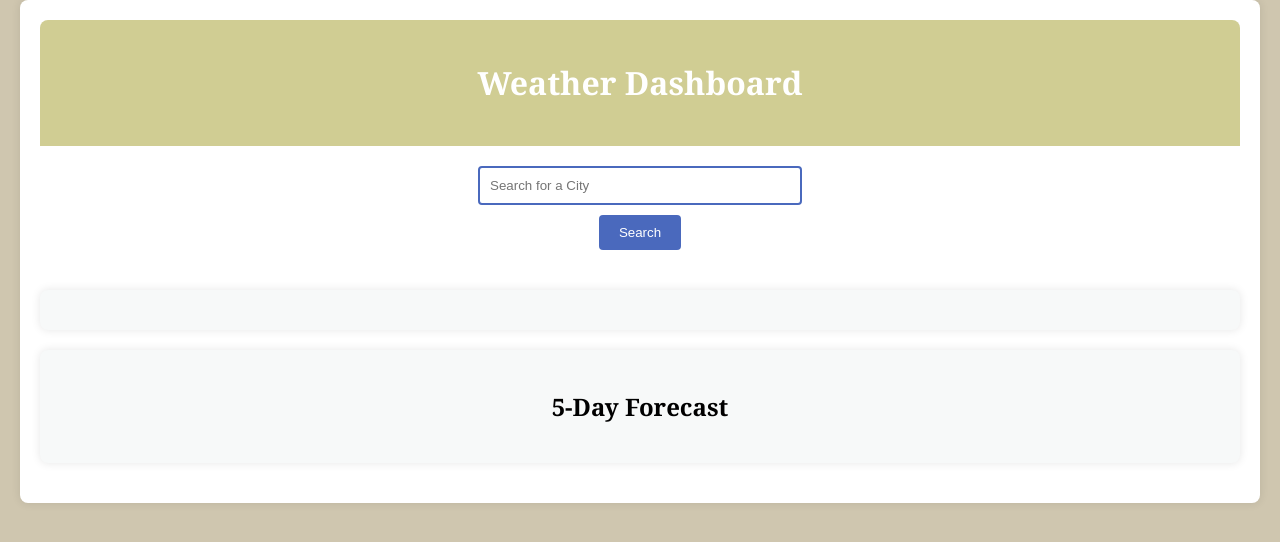
Repository: PaigeC001/WeatherOutlookTracker
Page: WeatherOutlookTracker/index.html
These files come from the project's save history. The page is drawn as it stood at one moment and after the next save; the edit follows.
The browser window is 1280 px wide. The pictures show the whole page.

Above is the page before, as saved 2024-07-16 06:35:50.

After the next save:
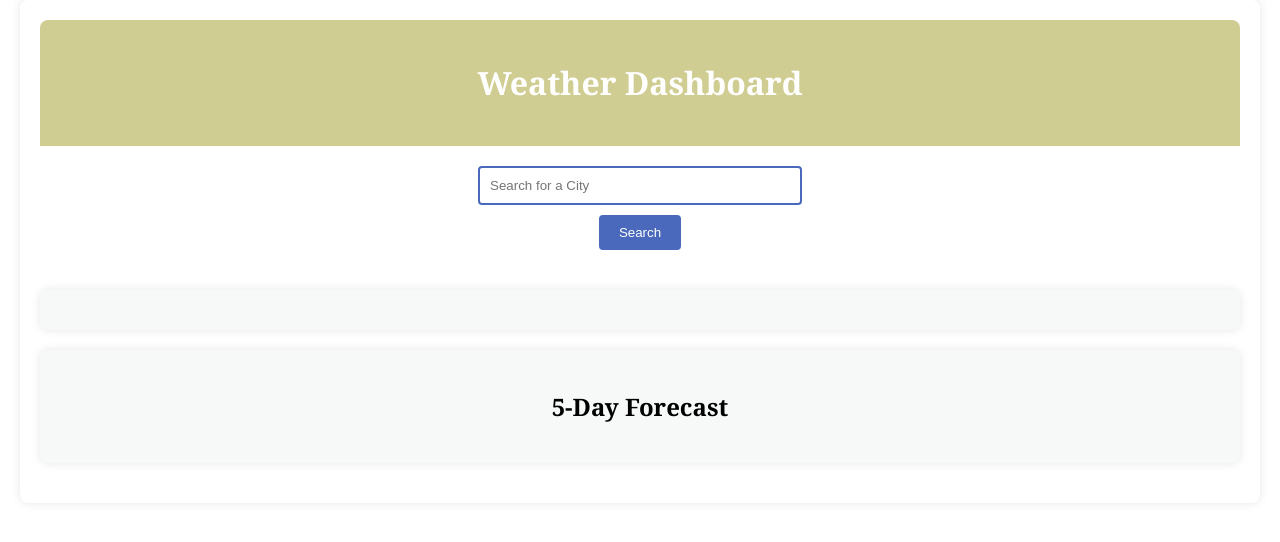
Saved 19 s later.
--- a/WeatherOutlookTracker/styles.css
+++ b/WeatherOutlookTracker/styles.css
@@ -1,6 +1,6 @@
 body {
     font-family: Georgia, 'Times New Roman', Times, serif, sans-serif;
-    background: #cfc6af;
+    background: #ffffff;
     margin: 0;
     padding: 0;
     box-sizing: border-box;
